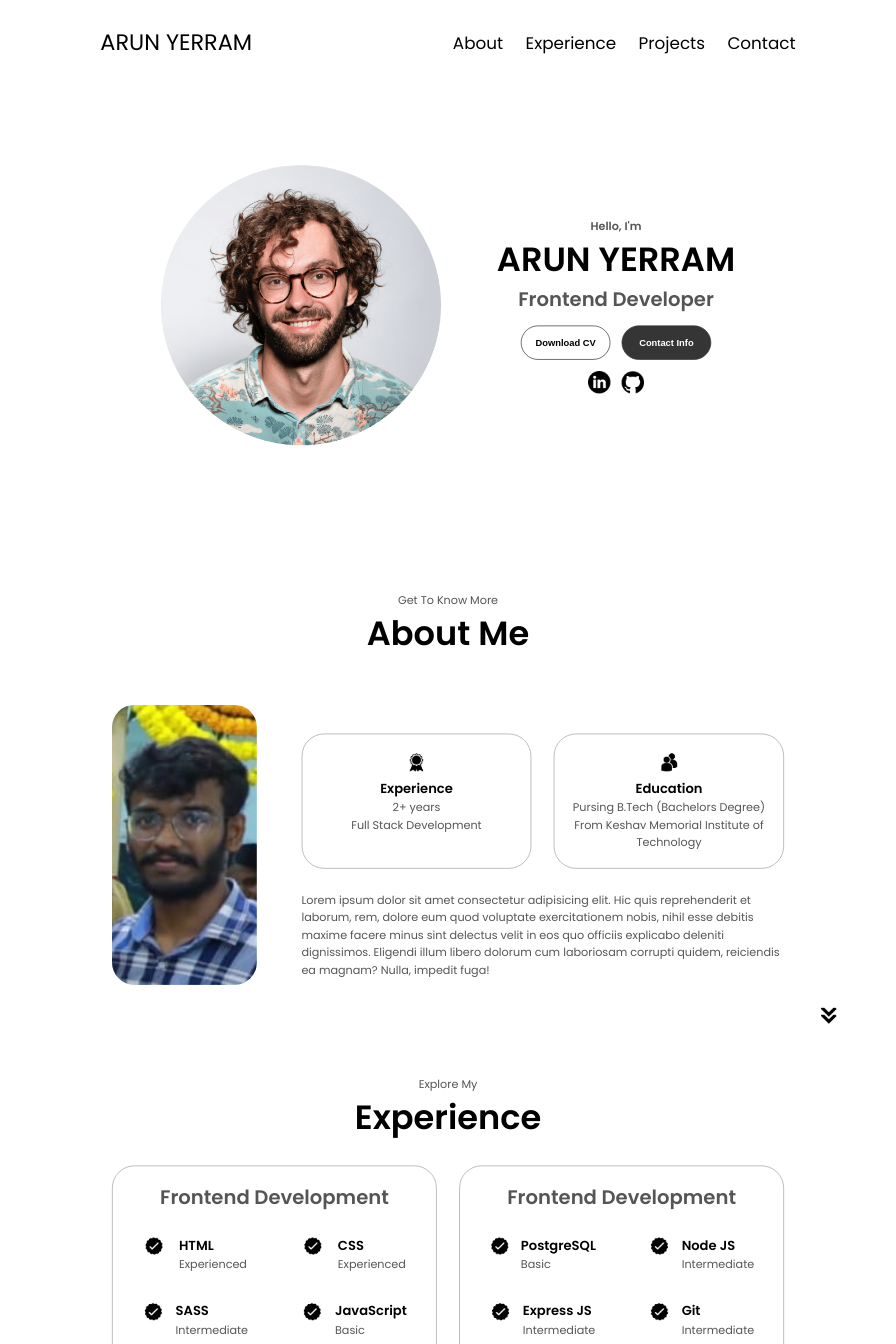
Repository: ARUN-YERRAM/ARUN-YERRAM-PORTFOLIO
Page: portfolio/index.html
These files come from the project's save history. The page is drawn as it stood at one moment and after the next save; the edit follows.
The browser window is 1280 px wide. The pictures show the part of the page from y = 0 to 1920 px (the page is 4425 px tall), at 70% of full size.

Above is the page before, as saved 2024-07-07 04:02:09.

### portfolio/index.html
<!DOCTYPE html>
<html lang="en">
  <head>
    <meta charset="UTF-8" />
    <meta http-equiv="X-UA-Compatible" content="IE=edge" />
    <meta name="viewport" content="width=device-width, initial-scale=1.0" />
    <title>My Portfolio</title>
    <link rel="stylesheet" href="style.css" />
    <link rel="stylesheet" href="mediaqueries.css" />
  </head>
  <body>
    <nav id="desktop-nav">
      <div class="logo">ARUN YERRAM</div>
      <div>
        <ul class="nav-links">
          <li><a href="#about">About</a></li>
          <li><a href="#experience">Experience</a></li>
          <li><a href="#projects">Projects</a></li>
          <li><a href="#contact">Contact</a></li>
        </ul>
      </div>
    </nav>
    <nav id="hamburger-nav">
      <div class="logo">ARUN YERRAM</div>
      <div class="hamburger-menu">
        <div class="hamburger-icon" onclick="toggleMenu()">
          <span></span>
          <span></span>
          <span></span>
        </div>
        <div class="menu-links">
          <li><a href="#about" onclick="toggleMenu()">About</a></li>
          <li><a href="#experience" onclick="toggleMenu()">Experience</a></li>
          <li><a href="#projects" onclick="toggleMenu()">Projects</a></li>
          <li><a href="#contact" onclick="toggleMenu()">Contact</a></li>
        </div>
      </div>
    </nav>
    <section id="profile">
      <div class="section__pic-container">
        <img src="./assets/profile-pic.png" alt="John Doe profile picture" />
      </div>
      <div class="section__text">
        <p class="section__text__p1">Hello, I'm</p>
        <h1 class="title">ARUN YERRAM</h1>
        <p class="section__text__p2">Frontend Developer</p>
        <div class="btn-container">
          <button
            class="btn btn-color-2"
            onclick="window.open('./assets/resume-example.pdf')"
          >
            Download CV
          </button>
          <button class="btn btn-color-1" onclick="location.href='./#contact'">
            Contact Info
          </button>
        </div>
        <div id="socials-container">
          <img
            src="./assets/linkedin.png"
            alt="My LinkedIn profile"
            class="icon"
            onclick="window.open('https://www.linkedin.com/in/arun-yerram/','_blank')"
          />
          <img
            src="./assets/github.png"
            alt="My Github profile"
            class="icon"
            onclick="location.href='https://github.com/ARUN-YERRAM?tab=repositories'"
          />
        </div>
      </div>
    </section>
    <section id="about">
      <p class="section__text__p1">Get To Know More</p>
      <h1 class="title">About Me</h1>
      <div class="section-container">
        <div class="section__pic-container">
          <img
            src="./assets/Photo1.jpg"
            alt="Profile picture"
            class="about-pic"
          />
        </div>
        <div class="about-details-container">
          <div class="about-containers">
            <div class="details-container">
              <img
                src="./assets/experience.png"
                alt="Experience icon"
                class="icon"
              />
              <h3>Experience</h3>
              <p>2+ years <br />Full Stack Development</p>
            </div>
            <div class="details-container">
              <img
                src="./assets/education.png"
                alt="Education icon"
                class="icon"
              />
              <h3>Education</h3>
              <p>Pursing B.Tech (Bachelors Degree) From Keshav Memorial Institute of Technology <br /></p>
            </div>
          </div>
          <div class="text-container">
            <p>
              Lorem ipsum dolor sit amet consectetur adipisicing elit. Hic quis
              reprehenderit et laborum, rem, dolore eum quod voluptate
              exercitationem nobis, nihil esse debitis maxime facere minus sint
              delectus velit in eos quo officiis explicabo deleniti dignissimos.
              Eligendi illum libero dolorum cum laboriosam corrupti quidem,
              reiciendis ea magnam? Nulla, impedit fuga!
            </p>
          </div>
        </div>
      </div>
      <img
        src="./assets/arrow.png"
        alt="Arrow icon"
        class="icon arrow"
        onclick="location.href='./#experience'"
      />
    </section>
    <section id="experience">
      <p class="section__text__p1">Explore My</p>
      <h1 class="title">Experience</h1>
      <div class="experience-details-container">
        <div class="about-containers">
          <div class="details-container">
            <h2 class="experience-sub-title">Frontend Development</h2>
            <div class="article-container">
              <article>
                <img
                  src="./assets/checkmark.png"
                  alt="Experience icon"
                  class="icon"
                />
                <div>
                  <h3>HTML</h3>
                  <p>Experienced</p>
                </div>
              </article>
              <article>
                <img
                  src="./assets/checkmark.png"
                  alt="Experience icon"
                  class="icon"
                />
                <div>
                  <h3>CSS</h3>
                  <p>Experienced</p>
                </div>
              </article>
              <article>
                <img
                  src="./assets/checkmark.png"
                  alt="Experience icon"
                  class="icon"
                />
                <div>
                  <h3>SASS</h3>
                  <p>Intermediate</p>
                </div>
              </article>
              <article>
                <img
                  src="./assets/checkmark.png"
                  alt="Experience icon"
                  class="icon"
                />
                <div>
                  <h3>JavaScript</h3>
                  <p>Basic</p>
                </div>
              </article>
              <article>
                <img
                  src="./assets/checkmark.png"
                  alt="Experience icon"
                  class="icon"
                />
                <div>
                  <h3>TypeScript</h3>
                  <p>Basic</p>
                </div>
              </article>
              <article>
                <img
                  src="./assets/checkmark.png"
                  alt="Experience icon"
                  class="icon"
                />
                <div>
                  <h3>Material UI</h3>
                  <p>Intermediate</p>
                </div>
              </article>
            </div>
          </div>
          <div class="details-container">
            <h2 class="experience-sub-title">Frontend Development</h2>
            <div class="article-container">
              <article>
                <img
                  src="./assets/checkmark.png"
                  alt="Experience icon"
                  class="icon"
                />
                <div>
                  <h3>PostgreSQL</h3>
                  <p>Basic</p>
                </div>
              </article>
              <article>
                <img
                  src="./assets/checkmark.png"
                  alt="Experience icon"
                  class="icon"
                />
                <div>
                  <h3>Node JS</h3>
                  <p>Intermediate</p>
                </div>
              </article>
              <article>
                <img
                  src="./assets/checkmark.png"
                  alt="Experience icon"
                  class="icon"
                />
                <div>
                  <h3>Express JS</h3>
                  <p>Intermediate</p>
                </div>
              </article>
              <article>
                <img
                  src="./assets/checkmark.png"
                  alt="Experience icon"
                  class="icon"
                />
                <div>
                  <h3>Git</h3>
                  <p>Intermediate</p>
                </div>
              </article>
            </div>
          </div>
        </div>
      </div>
      <img
        src="./assets/arrow.png"
        alt="Arrow icon"
        class="icon arrow"
        onclick="location.href='./#projects'"
      />
    </section>
    <section id="projects">
      <p class="section__text__p1">Browse My Recent</p>
      <h1 class="title">Projects</h1>
      <div class="experience-details-container">
        <div class="about-containers">
          <div class="details-container color-container">
            <div class="article-container">
              <img
                src="./assets/project-1.png"
                alt="Project 1"
                class="project-img"
              />
            </div>
            <h2 class="experience-sub-title project-title">Project One</h2>
            <div class="btn-container">
              <button
                class="btn btn-color-2 project-btn"
                onclick="location.href='https://github.com/'"
              >
                Github
              </button>
              <button
                class="btn btn-color-2 project-btn"
                onclick="location.href='https://github.com/'"
              >
                Live Demo
              </button>
            </div>
          </div>
          <div class="details-container color-container">
            <div class="article-container">
              <img
                src="./assets/project-2.png"
                alt="Project 2"
                class="project-img"
              />
            </div>
            <h2 class="experience-sub-title project-title">Project Two</h2>
            <div class="btn-container">
              <button
                class="btn btn-color-2 project-btn"
                onclick="location.href='https://github.com/'"
              >
                Github
              </button>
              <button
                class="btn btn-color-2 project-btn"
                onclick="location.href='https://github.com/'"
              >
                Live Demo
              </button>
            </div>
          </div>
          <div class="details-container color-container">
            <div class="article-container">
              <img
                src="./assets/project-3.png"
                alt="Project 3"
                class="project-img"
              />
            </div>
            <h2 class="experience-sub-title project-title">Project Three</h2>
            <div class="btn-container">
              <button
                class="btn btn-color-2 project-btn"
                onclick="location.href='https://github.com/'"
              >
                Github
              </button>
              <button
                class="btn btn-color-2 project-btn"
                onclick="location.href='https://github.com/'"
              >
                Live Demo
              </button>
            </div>
          </div>
        </div>
      </div>
      <img
        src="./assets/arrow.png"
        alt="Arrow icon"
        class="icon arrow"
        onclick="location.href='./#contact'"
      />
    </section>
    <section id="contact">
      <p class="section__text__p1">Get in Touch</p>
      <h1 class="title">Contact Me</h1>
      <div class="contact-info-upper-container">
        <div class="contact-info-container">
          <img
            src="./assets/email.png"
            alt="Email icon"
            class="icon contact-icon email-icon"
          />
          <p><a href="mailto:examplemail@gmail.com">Example@gmail.com</a></p>
        </div>
        <div class="contact-info-container">
          <img
            src="./assets/linkedin.png"
            alt="LinkedIn icon"
            class="icon contact-icon"
          />
          <p><a href="https://www.linkedin.com">LinkedIn</a></p>
        </div>
      </div>
    </section>
    <footer>
      <nav>
        <div class="nav-links-container">
          <ul class="nav-links">
            <li><a href="#about">About</a></li>
            <li><a href="#experience">Experience</a></li>
            <li><a href="#projects">Projects</a></li>
            <li><a href="#contact">Contact</a></li>
          </ul>
        </div>
      </nav>
      <p>Copyright &#169; 2023 John Doe. All Rights Reserved.</p>
    </footer>
    <script src="script.js"></script>
  </body>
</html>

### portfolio/style.css
/* GENERAL */

@import url("https://fonts.googleapis.com/css2?family=Poppins:wght@300;400;500;600&display=swap");

* {
  margin: 0;
  padding: 0;
}

body {
  font-family: "Poppins", sans-serif;
}

html {
  scroll-behavior: smooth;
}

p {
  color: rgb(85, 85, 85);
}

/* TRANSITION */

a,
.btn {
  transition: all 300ms ease;
}

/* DESKTOP NAV */

nav,
.nav-links {
  display: flex;
}

nav {
  justify-content: space-around;
  align-items: center;
  height: 17vh;
}

.nav-links {
  gap: 2rem;
  list-style: none;
  font-size: 1.5rem;
}

a {
  color: black;
  text-decoration: none;
  text-decoration-color: white;
}

a:hover {
  color: grey;
  text-decoration: underline;
  text-underline-offset: 1rem;
  text-decoration-color: rgb(181, 181, 181);
}

.logo {
  font-size: 2rem;
}

.logo:hover {
  cursor: default;
}

/* HAMBURGER MENU */

#hamburger-nav {
  display: none;
}

.hamburger-menu {
  position: relative;
  display: inline-block;
}

.hamburger-icon {
  display: flex;
  flex-direction: column;
  justify-content: space-between;
  height: 24px;
  width: 30px;
  cursor: pointer;
}

.hamburger-icon span {
  width: 100%;
  height: 2px;
  background-color: black;
  transition: all 0.3 ease-in-out;
}

.menu-links {
  position: absolute;
  top: 100%;
  right: 0;
  background-color: white;
  width: fit-content;
  max-height: 0;
  overflow: hidden;
  transition: all 0.3 ease-in-out;
}

.menu-links a {
  display: block;
  padding: 10px;
  text-align: center;
  font-size: 1.5rem;
  color: black;
  text-decoration: none;
  transition: all 0.3 ease-in-out;
}

.menu-links li {
  list-style: none;
}

.menu-links.open {
  max-height: 300px;
}

.hamburger-icon.open span:first-child {
  transform: rotate(45deg) translate(10px, 5px);
}

.hamburger-icon.open span:nth-child(2) {
  opacity: 0;
}

.hamburger-icon.open span:last-child {
  transform: rotate(-45deg) translate(10px, -5px);
}

.hamburger-icon span:first-child {
  transform: none;
}

.hamburger-icon span:first-child {
  opacity: 1;
}

.hamburger-icon span:first-child {
  transform: none;
}

/* SECTIONS */

section {
  padding-top: 4vh;
  height: 96vh;
  margin: 0 10rem;
  box-sizing: border-box;
  min-height: fit-content;
}

.section-container {
  display: flex;
}

/* PROFILE SECTION */

#profile {
  display: flex;
  justify-content: center;
  gap: 5rem;
  height: 80vh;
}

.section__pic-container {
  display: flex;
  height: 400px;
  width: 400px;
  margin: auto 0;
}

.section__text {
  align-self: center;
  text-align: center;
}

.section__text p {
  font-weight: 600;
}

.section__text__p1 {
  text-align: center;
}

.section__text__p2 {
  font-size: 1.75rem;
  margin-bottom: 1rem;
}

.title {
  font-size: 3rem;
  text-align: center;
}

#socials-container {
  display: flex;
  justify-content: center;
  margin-top: 1rem;
  gap: 1rem;
}

/* ICONS */

.icon {
  cursor: pointer;
  height: 2rem;
}

/* BUTTONS */

.btn-container {
  display: flex;
  justify-content: center;
  gap: 1rem;
}

.btn {
  font-weight: 600;
  transition: all 300ms ease;
  padding: 1rem;
  width: 8rem;
  border-radius: 2rem;
}

.btn-color-1,
.btn-color-2 {
  border: rgb(53, 53, 53) 0.1rem solid;
}

.btn-color-1:hover,
.btn-color-2:hover {
  cursor: pointer;
}

.btn-color-1,
.btn-color-2:hover {
  background: rgb(53, 53, 53);
  color: white;
}

.btn-color-1:hover {
  background: rgb(0, 0, 0);
}

.btn-color-2 {
  background: none;
}

.btn-color-2:hover {
  border: rgb(255, 255, 255) 0.1rem solid;
}

.btn-container {
  gap: 1rem;
}

/* ABOUT SECTION */

#about {
  position: relative;
}

.about-containers {
  gap: 2rem;
  margin-bottom: 2rem;
  margin-top: 2rem;
}

.about-details-container {
  justify-content: center;
  flex-direction: column;
}

.about-containers,
.about-details-container {
  display: flex;
}

.about-pic {
  border-radius: 2rem;
}

.arrow {
  position: absolute;
  right: -5rem;
  bottom: 2.5rem;
}

.details-container {
  padding: 1.5rem;
  flex: 1;
  background: white;
  border-radius: 2rem;
  border: rgb(53, 53, 53) 0.1rem solid;
  border-color: rgb(163, 163, 163);
  text-align: center;
}

.section-container {
  gap: 4rem;
  height: 80%;
}

.section__pic-container {
  height: 400px;
  width: 400px;
  margin: auto 0;
}

/* EXPERIENCE SECTION */

#experience {
  position: relative;
}

.experience-sub-title {
  color: rgb(85, 85, 85);
  font-weight: 600;
  font-size: 1.75rem;
  margin-bottom: 2rem;
}

.experience-details-container {
  display: flex;
  justify-content: center;
  flex-direction: column;
}

.article-container {
  display: flex;
  text-align: initial;
  flex-wrap: wrap;
  flex-direction: row;
  gap: 2.5rem;
  justify-content: space-around;
}

article {
  display: flex;
  width: 10rem;
  justify-content: space-around;
  gap: 0.5rem;
}

article .icon {
  cursor: default;
}

/* PROJECTS SECTION */

#projects {
  position: relative;
}

.color-container {
  border-color: rgb(163, 163, 163);
  background: rgb(250, 250, 250);
}

.project-img {
  border-radius: 2rem;
  width: 90%;
  height: 90%;
}

.project-title {
  margin: 1rem;
  color: black;
}

.project-btn {
  color: black;
  border-color: rgb(163, 163, 163);
}

/* CONTACT */

#contact {
  display: flex;
  justify-content: center;
  flex-direction: column;
  height: 70vh;
}

.contact-info-upper-container {
  display: flex;
  justify-content: center;
  border-radius: 2rem;
  border: rgb(53, 53, 53) 0.1rem solid;
  border-color: rgb(163, 163, 163);
  background: (250, 250, 250);
  margin: 2rem auto;
  padding: 0.5rem;
}

.contact-info-container {
  display: flex;
  align-items: center;
  justify-content: center;
  gap: 0.5rem;
  margin: 1rem;
}

.contact-info-container p {
  font-size: larger;
}

.contact-icon {
  cursor: default;
}

.email-icon {
  height: 2.5rem;
}

/* FOOTER SECTION */

footer {
  height: 26vh;
  margin: 0 1rem;
}

footer p {
  text-align: center;
}

### portfolio/mediaqueries.css
@media screen and (max-width: 1400px) {
  #profile {
    height: 83vh;
    margin-bottom: 6rem;
  }
  .about-containers {
    flex-wrap: wrap;
  }
  #contact,
  #projects {
    height: fit-content;
  }
}

@media screen and (max-width: 1200px) {
  #desktop-nav {
    display: none;
  }
  #hamburger-nav {
    display: flex;
  }
  #experience,
  .experience-details-container {
    margin-top: 2rem;
  }
  #profile,
  .section-container {
    display: block;
  }
  .arrow {
    display: none;
  }
  section,
  .section-container {
    height: fit-content;
  }
  section {
    margin: 0 5%;
  }
  .section__pic-container {
    width: 275px;
    height: 275px;
    margin: 0 auto 2rem;
  }
  .about-containers {
    margin-top: 0;
  }
}

@media screen and (max-width: 600px) {
  #contact,
  footer {
    height: 40vh;
  }
  #profile {
    height: 83vh;
    margin-bottom: 0;
  }
  article {
    font-size: 1rem;
  }
  footer nav {
    height: fit-content;
    margin-bottom: 2rem;
  }
  .about-containers,
  .contact-info-upper-container,
  .btn-container {
    flex-wrap: wrap;
  }
  .contact-info-container {
    margin: 0;
  }
  .contact-info-container p,
  .nav-links li a {
    font-size: 1rem;
  }
  .experience-sub-title {
    font-size: 1.25rem;
  }
  .logo {
    font-size: 1.5rem;
  }
  .nav-links {
    flex-direction: column;
    gap: 0.5rem;
    text-align: center;
  }
  .section__pic-container {
    width: auto;
    height: 46vw;
    justify-content: center;
  }
  .section__text__p2 {
    font-size: 1.25rem;
  }
  .title {
    font-size: 2rem;
  }
  .text-container {
    text-align: justify;
  }
}

Loaded but not shown: portfolio/script.js (common file)

After the next save:
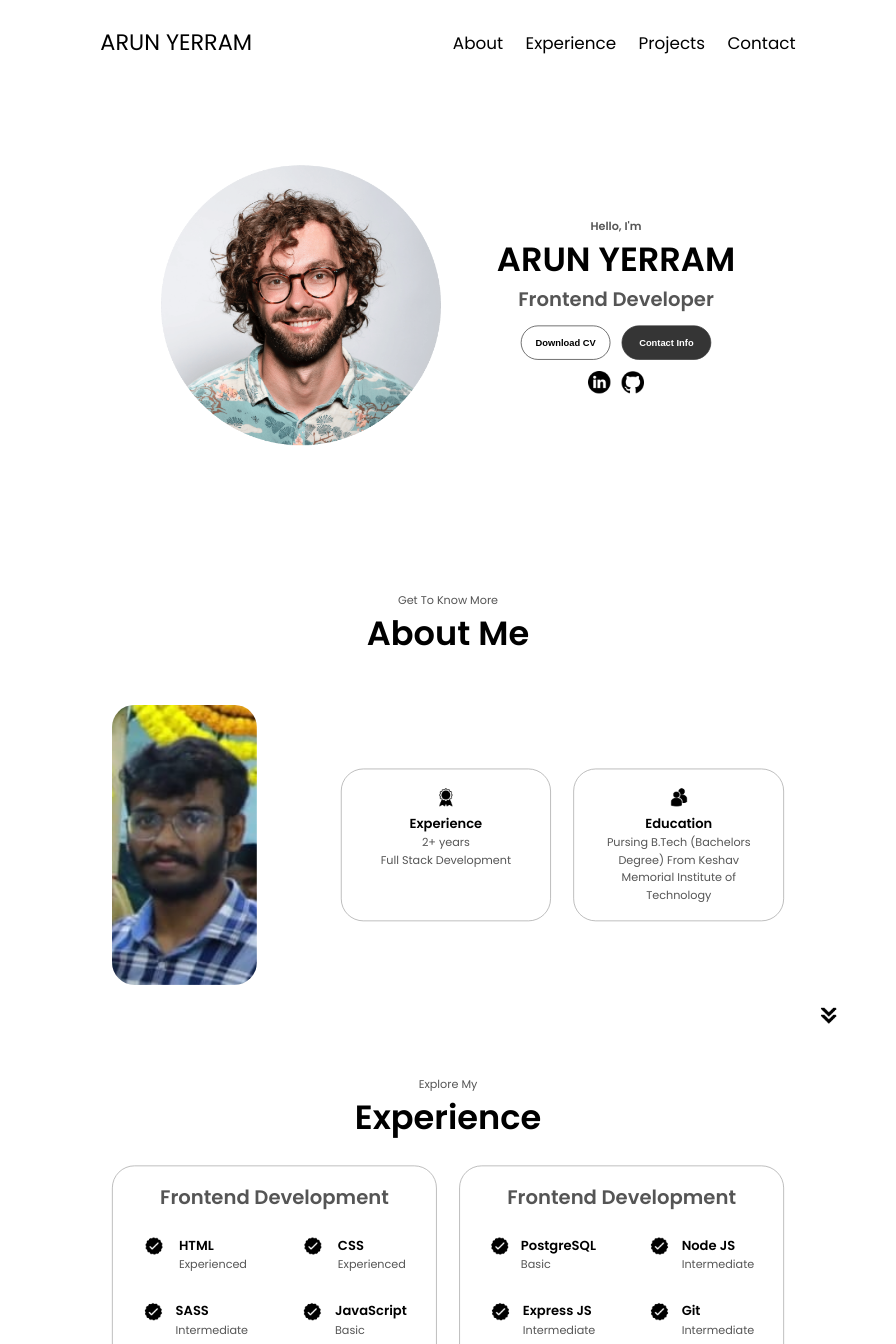
Saved 6 s later.
--- a/portfolio/index.html
+++ b/portfolio/index.html
@@ -105,12 +105,7 @@
           </div>
           <div class="text-container">
             <p>
-              Lorem ipsum dolor sit amet consectetur adipisicing elit. Hic quis
-              reprehenderit et laborum, rem, dolore eum quod voluptate
-              exercitationem nobis, nihil esse debitis maxime facere minus sint
-              delectus velit in eos quo officiis explicabo deleniti dignissimos.
-              Eligendi illum libero dolorum cum laboriosam corrupti quidem,
-              reiciendis ea magnam? Nulla, impedit fuga!
+
             </p>
           </div>
         </div>
